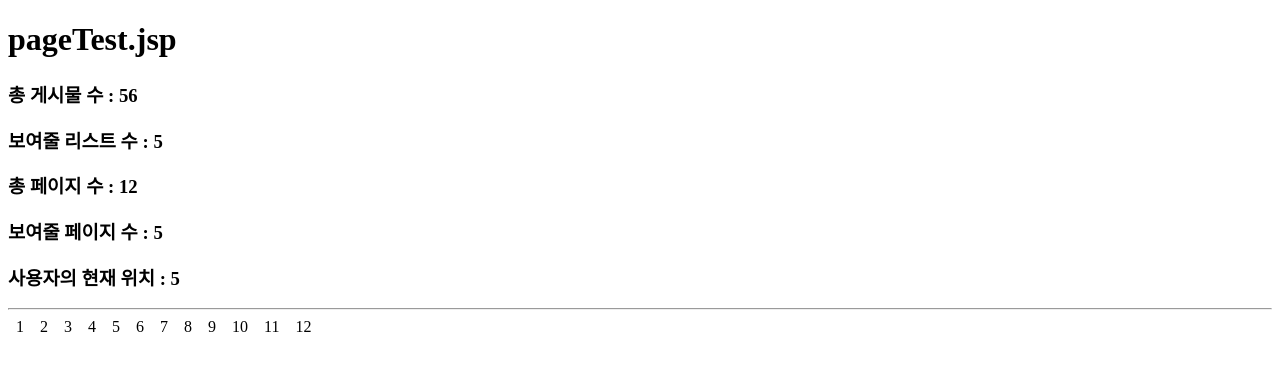
Repository: Rege-97/test
Page: http://localhost/myweb/pageTest.jsp
The author's editor kept a copy of each file at every save. The page is drawn from the files as they stood at one save, then again after the next save.
The browser window is 1280 px wide. The pictures show the whole page.
The page is served by Tomcat 9.

Above is the page before, as saved 2025-03-24 03:33:29.

After the next save:
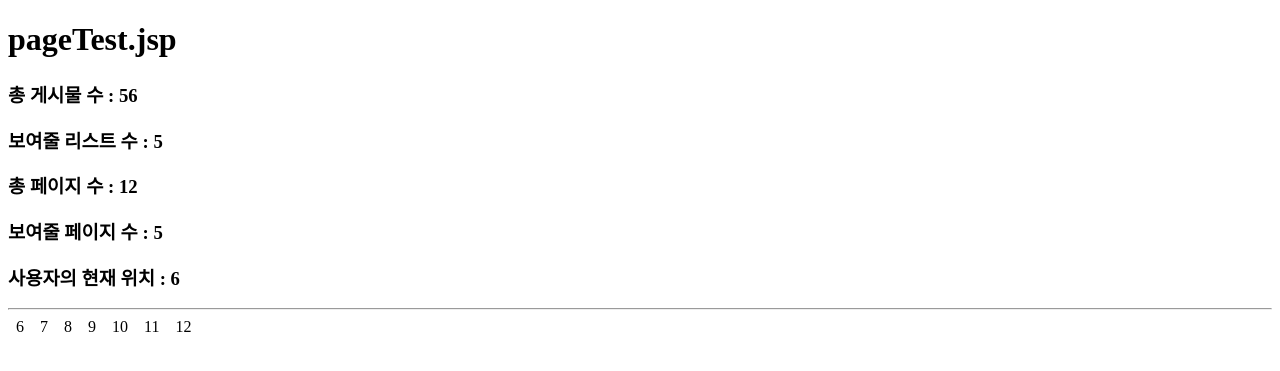
Saved 6 s later.
--- a/myweb/src/main/webapp/pageTest.jsp
+++ b/myweb/src/main/webapp/pageTest.jsp
@@ -16,7 +16,7 @@
 int pageSize = 5;
 
 //사용자의 현재 위치
-int cp = 5;
+int cp = 6;
 
 // 총 페이지 수
 int totalPage = (totalCnt / listSize) + 1;
